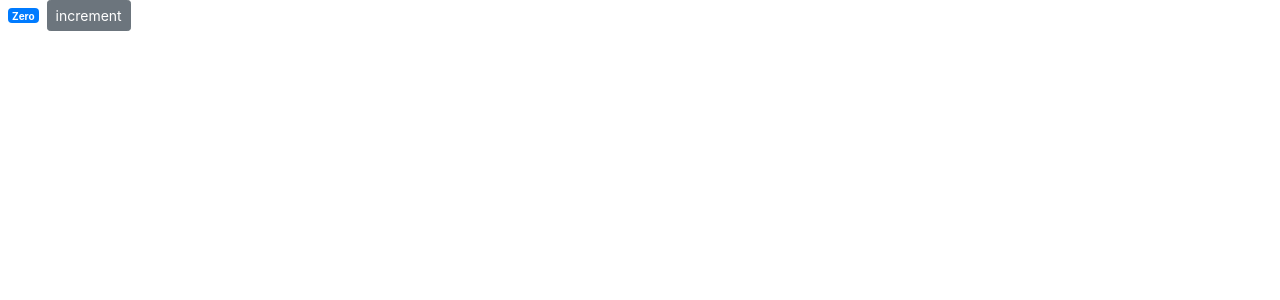
Repository: AvinashLikesToLearnNewStuff/Counter_app
Page: /
The author's editor kept a copy of each file at every save. The page is drawn from the files as they stood at one save, then again after the next save.
The browser window is 1280 px wide. The pictures show the whole page.
The project was rebuilt for these pictures with package versions that can differ from the ones it lists, and the page was loaded fresh each time. Also part of the build but not shown: src/components/navbar.jsx, src/App.css, src/App.js. Imported but missing from the stored project, and not drawn on this page: src/components/counters.

Above is the page before, as saved 2023-02-27 13:25:20.

After the next save:
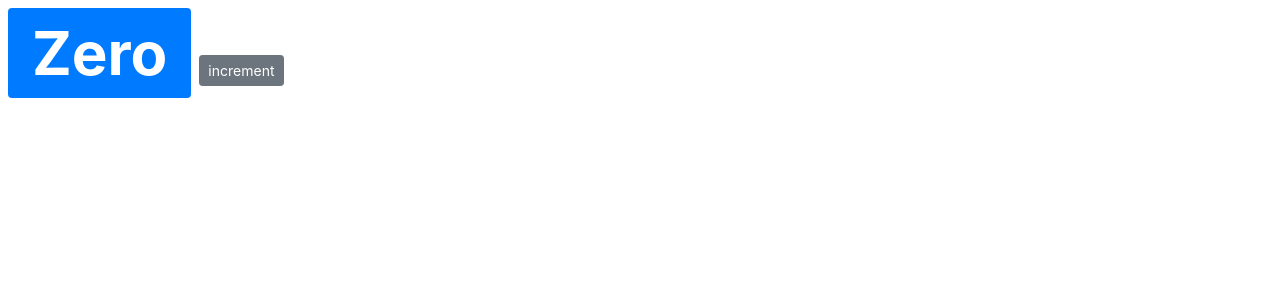
Saved 100 s later.
--- a/src/components/counter.jsx
+++ b/src/components/counter.jsx
@@ -7,7 +7,7 @@ class Counter extends Component {
   };
 
   styles = {
-    fontSize: 10,
+    fontSize: 60,
     fontWeight: "bold",
   };
 
